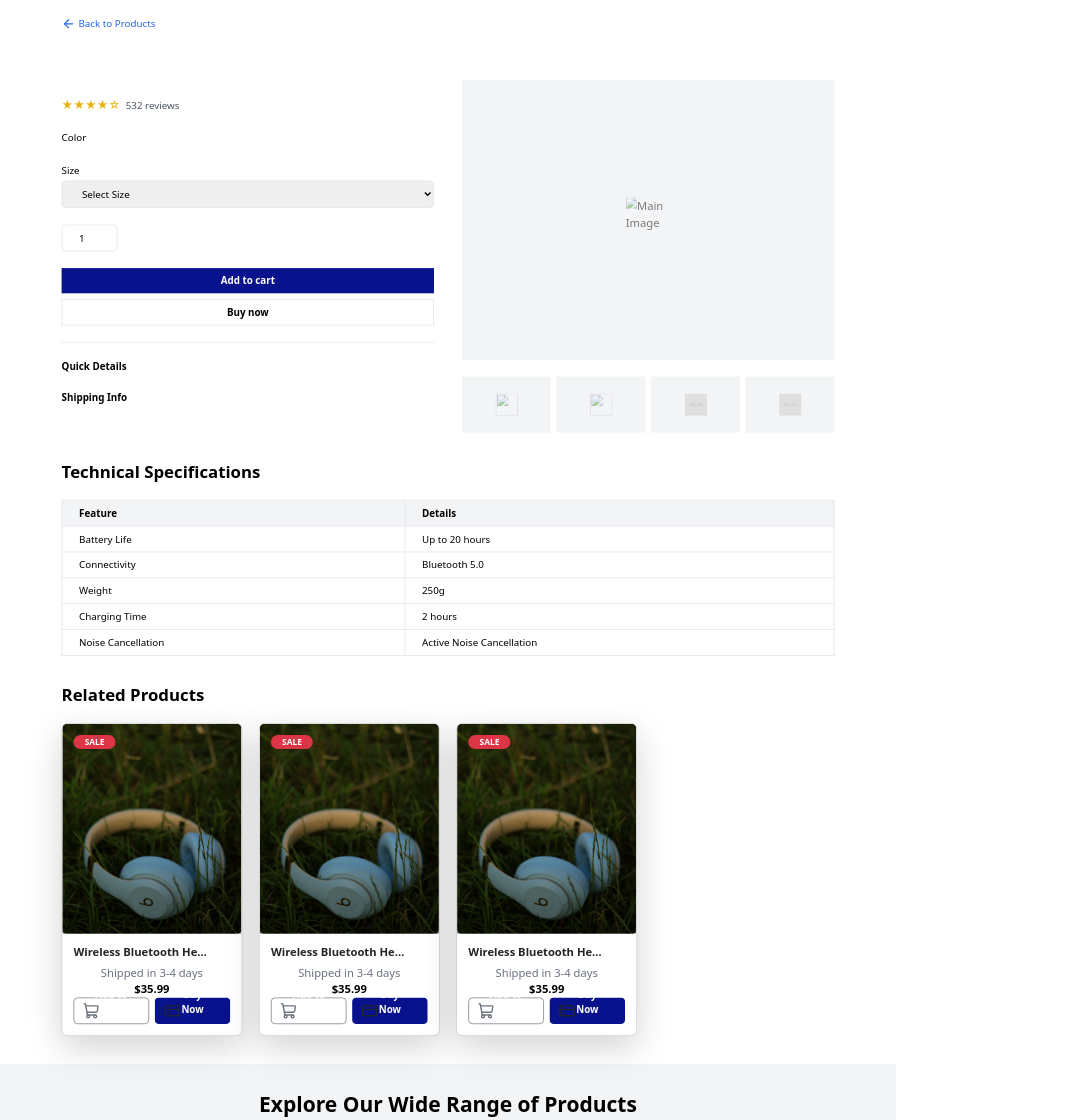
Repository: Davidobi21/macelect
Page: frontend/pages/productpage.html
These files come from the project's save history. The page is drawn as it stood at one moment and after the next save; the edit follows.
The browser window is 1280 px wide. The page is 1557 px wide, so the pictures cover 1557 px, including what lies to the right of the window. The pictures show the part of the page from y = 0 to 1600 px (the page is 2174 px tall before and 2150 px after), at 70% of full size.
The page's requests for data from a server got no answer. Some web libraries are served in a nearby version.

Above is the page before, as saved 2025-04-25 07:43:50.

### frontend/pages/productpage.html
<!DOCTYPE html>
<html lang="en">
<head>
  <meta charset="UTF-8">
  <title>Product Page</title>
  <meta name="viewport" content="width=device-width, initial-scale=1">
  <link rel="stylesheet" href="../css/style.css">
  <!-- Tailwind CSS -->
  <script src="https://cdn.jsdelivr.net/npm/lucide@latest/dist/umd/lucide.min.js"></script>
  <link href="https://cdn.jsdelivr.net/npm/bootstrap@5.3.0-alpha1/dist/css/bootstrap.min.css" rel="stylesheet">
  <script src="https://cdn.tailwindcss.com"></script>
  <!-- jQuery -->
  <script src="https://code.jquery.com/jquery-3.6.4.min.js"></script>
  <script src="../js/pjs.js" defer></script>
</head>
<body class="bg-white text-black">

  <!-- Back Button -->
  <div class="max-w-6xl mx-auto px-4 py-4">
    <a href="./products.html" class="inline-flex items-center text-sm font-medium text-blue-600 hover:underline">
      <i data-lucide="arrow-left" class="h-5 w-5 mr-1"></i>
      Back to Products
    </a>
  </div>

  <div class="max-w-6xl mx-auto px-4 py-10">
    <div class="grid md:grid-cols-2 gap-10">

      <!-- Left Section: Product Info -->
      <div>
        <h1 class="text-3xl font-bold mb-2"></h1>
        <p class="product-category text-sm text-gray-600 mb-4"></p>

        <p class="product-price text-2xl font-semibold mb-2"></p>
        <div class="flex items-center mb-4">
          <div class="text-yellow-500 mr-2">
            ★★★★☆
          </div>
          <p class="text-sm text-gray-600">532 reviews</p>
        </div>

        <!-- Color Options -->
        <div class="mb-4">
          <p class="text-sm font-medium mb-1">Color</p>
          <div class="flex space-x-2 color-options"></div>
        </div>

        <!-- Size Dropdown -->
        <div class="mb-4">
          <p class="text-sm font-medium mb-1">Size</p>
          <select class="w-full border border-gray-300 rounded px-4 py-2 text-sm size-dropdown">
            <option value="">Select Size</option>
          </select>
        </div>

        <!-- Quantity -->
        <div class="mb-4">
          <input type="number" value="1" min="1" class="w-20 border border-gray-300 rounded px-4 py-2 text-sm">
        </div>

        <!-- Buttons -->
        <div class="mb-6">
          <button class="w-full bg-[#09128d] text-white py-2 text-sm font-semibold mb-2 hover:bg-[#55555500] text-[#000000] transition">Add to cart</button>
          <button class="w-full border border-gray-400 py-2 text-sm font-semibold hover:bg-gray-100 transition">Buy now</button>
        </div>

        <!-- Details -->
        <div class="border-t pt-4">
          <h2 class="font-semibold text-sm mb-1">Quick Details</h2>
          <p class="text-sm text-gray-700 mb-4 quick-details"></p>

          <h2 class="font-semibold text-sm mb-1 cursor-pointer">Shipping Info</h2>
          <p class="text-sm text-gray-700 shipping-info"></p>
        </div>
      </div>

      <!-- Right Section: Images -->
      <div>
        <div class="w-full h-[400px] bg-gray-100 flex items-center justify-center mb-4">
          <img src="" class="main-product-image w-16 h-16 opacity-50" alt="Main Image">
        </div>

        <!-- Thumbnails -->
        <div class="grid grid-cols-4 gap-2">
          <div class="h-20 bg-gray-100 flex items-center justify-center">
            <img src="" class="thumbnail w-8 h-8 opacity-50" alt="">
          </div>
          <div class="h-20 bg-gray-100 flex items-center justify-center">
            <img src="" class="thumbnail w-8 h-8 opacity-50" alt="">
          </div>
          <div class="h-20 bg-gray-100 flex items-center justify-center">
            <img src="https://via.placeholder.com/50" class="w-8 h-8 opacity-50" alt="Default Thumbnail">
          </div>
          <div class="h-20 bg-gray-100 flex items-center justify-center">
            <img src="https://via.placeholder.com/50" class="w-8 h-8 opacity-50" alt="Default Thumbnail">
          </div>
        </div>
      </div>
    </div>

    <!-- Technical Specifications Table -->
    <div class="mt-10">
      <h2 class="text-2xl font-bold mb-4">Technical Specifications</h2>
      <table class="w-full border border-gray-300 text-sm">
        <thead>
          <tr class="bg-gray-100">
            <th class="border border-gray-300 px-4 py-2 text-left">Feature</th>
            <th class="border border-gray-300 px-4 py-2 text-left">Details</th>
          </tr>
        </thead>
        <tbody>
          <tr>
            <td class="border border-gray-300 px-4 py-2">Battery Life</td>
            <td class="border border-gray-300 px-4 py-2">Up to 20 hours</td>
          </tr>
          <tr>
            <td class="border border-gray-300 px-4 py-2">Connectivity</td>
            <td class="border border-gray-300 px-4 py-2">Bluetooth 5.0</td>
          </tr>
          <tr>
            <td class="border border-gray-300 px-4 py-2">Weight</td>
            <td class="border border-gray-300 px-4 py-2">250g</td>
          </tr>
          <tr>
            <td class="border border-gray-300 px-4 py-2">Charging Time</td>
            <td class="border border-gray-300 px-4 py-2">2 hours</td>
          </tr>
          <tr>
            <td class="border border-gray-300 px-4 py-2">Noise Cancellation</td>
            <td class="border border-gray-300 px-4 py-2">Active Noise Cancellation</td>
          </tr>
        </tbody>
      </table>
    </div>

    <!-- Related Products Section -->
    <div class="mt-10">
      <h2 class="text-2xl font-bold mb-4">Related Products</h2>
      <div class="grid grid-cols-1 sm:grid-cols-2 md:grid-cols-3 lg:grid-cols-4 gap-6">
        <!-- Product Card -->
        <div class="col">
            <div class="card h-100 shadow-lg rounded-lg overflow-hidden position-relative product-card"
            data-name="Wireless Bluetooth Headset"
            data-category="Headphones"
            data-price="35.99">
              <!-- Product Image Swap -->
              <div class="card-img-container position-relative" style="height: 300px;">
                <!-- Main Image -->
                <img src="../images/anna-keibalo-3vdOy66U8KI-unsplash.jpg" class="card-img-top main-img rounded" alt="Wireless Bluetooth Headset" style="height: 100%; object-fit: cover;">

                <!-- Hover Image -->
                <img src="../images/anna-keibalo-zczFCpKyTNc-unsplash.jpg" class="card-img-top hover-img position-absolute top-0 start-0 rounded" alt="Hover Image" style="height: 100%; width: 100%; object-fit: cover;">

                <!-- Optional Gradient Overlay -->
                <div class="overlay position-absolute top-0 bottom-0 start-0 end-0 bg-gradient-to-t from-black opacity-50"></div>
              </div>

              <div class="card-body text-center">
                <h5 class="card-title font-bold text-truncate" style="max-width: 200px;">Wireless Bluetooth Headset</h5>
                <p class="text-gray-500">Shipped in 3-4 days</p>
                <p class="text-black font-bold">$35.99</p>
                <div class="d-flex justify-content-between">
                  <button class="btn btn-outline-secondary flex-grow-1 me-2 position-relative">
                    <i data-lucide="shopping-cart" class="lucide"></i>
                    <span class="btn-label">Add to Cart</span>
                  </button>
                  <button class="btn bg-[#09128d] flex-grow-1 position-relative">
                    <i data-lucide="credit-card" class="lucide"></i>
                    <span class="btn-label">Buy Now</span>
                  </button>
                </div>
              </div>

              <!-- Sale Badge -->
              <div class="badge position-absolute top-0 start-0 m-3 bg-danger text-white rounded-pill px-3 py-1">SALE</div>
            </div>
          </div>
        <!-- Product Card -->
        <div class="col">
            <div class="card h-100 shadow-lg rounded-lg overflow-hidden position-relative product-card"
            data-name="Wireless Bluetooth Headset"
            data-category="Headphones"
            data-price="35.99">
              <!-- Product Image Swap -->
              <div class="card-img-container position-relative" style="height: 300px;">
                <!-- Main Image -->
                <img src="../images/anna-keibalo-3vdOy66U8KI-unsplash.jpg" class="card-img-top main-img rounded" alt="Wireless Bluetooth Headset" style="height: 100%; object-fit: cover;">

                <!-- Hover Image -->
                <img src="../images/anna-keibalo-zczFCpKyTNc-unsplash.jpg" class="card-img-top hover-img position-absolute top-0 start-0 rounded" alt="Hover Image" style="height: 100%; width: 100%; object-fit: cover;">

                <!-- Optional Gradient Overlay -->
                <div class="overlay position-absolute top-0 bottom-0 start-0 end-0 bg-gradient-to-t from-black opacity-50"></div>
              </div>

              <div class="card-body text-center">
                <h5 class="card-title font-bold text-truncate" style="max-width: 200px;">Wireless Bluetooth Headset</h5>
                <p class="text-gray-500">Shipped in 3-4 days</p>
                <p class="text-black font-bold">$35.99</p>
                <div class="d-flex justify-content-between">
                  <button class="btn btn-outline-secondary flex-grow-1 me-2 position-relative">
                    <i data-lucide="shopping-cart" class="lucide"></i>
                    <span class="btn-label">Add to Cart</span>
                  </button>
                  <button class="btn bg-[#09128d] flex-grow-1 position-relative">
                    <i data-lucide="credit-card" class="lucide"></i>
                    <span class="btn-label">Buy Now</span>
                  </button>
                </div>
              </div>

              <!-- Sale Badge -->
              <div class="badge position-absolute top-0 start-0 m-3 bg-danger text-white rounded-pill px-3 py-1">SALE</div>
            </div>
          </div>
        <!-- Product Card -->
        <div class="col">
            <div class="card h-100 shadow-lg rounded-lg overflow-hidden position-relative product-card"
            data-name="Wireless Bluetooth Headset"
            data-category="Headphones"
            data-price="35.99">
              <!-- Product Image Swap -->
              <div class="card-img-container position-relative" style="height: 300px;">
                <!-- Main Image -->
                <img src="../images/anna-keibalo-3vdOy66U8KI-unsplash.jpg" class="card-img-top main-img rounded" alt="Wireless Bluetooth Headset" style="height: 100%; object-fit: cover;">

                <!-- Hover Image -->
                <img src="../images/anna-keibalo-zczFCpKyTNc-unsplash.jpg" class="card-img-top hover-img position-absolute top-0 start-0 rounded" alt="Hover Image" style="height: 100%; width: 100%; object-fit: cover;">

                <!-- Optional Gradient Overlay -->
                <div class="overlay position-absolute top-0 bottom-0 start-0 end-0 bg-gradient-to-t from-black opacity-50"></div>
              </div>

              <div class="card-body text-center">
                <h5 class="card-title font-bold text-truncate" style="max-width: 200px;">Wireless Bluetooth Headset</h5>
                <p class="text-gray-500">Shipped in 3-4 days</p>
                <p class="text-black font-bold">$35.99</p>
                <div class="d-flex justify-content-between">
                  <button class="btn btn-outline-secondary flex-grow-1 me-2 position-relative">
                    <i data-lucide="shopping-cart" class="lucide"></i>
                    <span class="btn-label">Add to Cart</span>
                  </button>
                  <button class="btn bg-[#09128d] flex-grow-1 position-relative">
                    <i data-lucide="credit-card" class="lucide"></i>
                    <span class="btn-label">Buy Now</span>
                  </button>
                </div>
              </div>

              <!-- Sale Badge -->
              <div class="badge position-absolute top-0 start-0 m-3 bg-danger text-white rounded-pill px-3 py-1">SALE</div>
            </div>
          </div>
        </div>
      </div>
    </div>
  </div>
  <footer>
    <section class="py-10 bg-gray-100">
        <div class="container mx-auto text-center">
          <h2 class="text-3xl font-bold mb-4">Explore Our Wide Range of Products</h2>
          <!-- <a href="#" class="btn btn-dark px-4 py-2 rounded-lg">Shop Now →</a> -->
          <div class="grid grid-cols-4 gap-4 mt-10 text-left">
            <!-- Column 1 -->
            <div>
              <h3 class="font-bold text-lg">Discover Top Electronics</h3>
              <p class="text-gray-500 mt-2">davedev©  Copyright - 2025</p>
            </div>
            <!-- Column 2 -->
            <div>
              <h3 class="font-bold text-lg">Quick Links</h3>
              <ul class="mt-2 space-y-1">
                <li><a href="#" class="text-gray-700 hover:underline">Smartphones</a></li>
                <li><a href="#" class="text-gray-700 hover:underline">Laptops</a></li>
                <li><a href="#" class="text-gray-700 hover:underline">TV</a></li>
                <li><a href="#" class="text-gray-700 hover:underline">Accessories</a></li>
              </ul>
            </div>
            <!-- Column 3 -->
            <div>
              <h3 class="font-bold text-lg">Follow Us</h3>
              <ul class="mt-2 space-y-1">
                <li><a href="#" class="text-gray-700 hover:underline">Facebook</a></li>
                <li><a href="#" class="text-gray-700 hover:underline">Twitter</a></li>
                <li><a href="#" class="text-gray-700 hover:underline">Instagram</a></li>
              </ul>
            </div>
            <!-- Column 4 -->
            <div>
              <h3 class="font-bold text-lg">Customer Service</h3>
              <ul class="mt-2 space-y-1">
                <li><a href="#" class="text-gray-700 hover:underline">Contact Us</a></li>
                <li><a href="#" class="text-gray-700 hover:underline">FAQ</a></li>
              </ul>
            </div>
          </div>
          <h1 class=" text-[#09128d] text-[60px] sm:text-[100px] md:text-[180px] lg:text-[250px] xl:text-[300px] font-bold mt-10 text-center leading-none">
            MACELECT
          </h1>

        </div>
      </section>
  </footer>
  <script src="https://cdn.jsdelivr.net/npm/bootstrap@5.3.0-alpha1/dist/js/bootstrap.bundle.min.js"></script>
  <script>
    document.addEventListener("DOMContentLoaded", async () => {
        const urlParams = new URLSearchParams(window.location.search);
        const productId = urlParams.get("id");

        if (!productId) {
            console.error("Product ID not found in the URL.");
            return;
        }

        try {
            const response = await fetch(`http://localhost:5000/api/products/${productId}`);
            const product = await response.json();

            // Fallback for missing images
            const mainImage = product.images?.[0] ? `http://localhost:5000${product.images[0]}` : "../images/default-main.jpg";
            const hoverImage = product.images?.[1] ? `http://localhost:5000${product.images[1]}` : mainImage;
            document.querySelector(".main-product-image").src = mainImage;
            document.querySelector("h1").textContent = product.name;
            document.querySelector(".product-category").textContent = product.category;
            document.querySelector(".product-price").textContent = `$${product.price}`;
            const thumbnails = document.querySelectorAll(".thumbnail");
            thumbnails[0].src = mainImage;
            if (thumbnails[1]) {
                thumbnails[1].src = hoverImage;
            }

            // Update color options
            const colorContainer = document.querySelector(".color-options");
            colorContainer.innerHTML = product.colors.map(color => `
                <button class="px-4 py-2 border border-gray-300 text-sm" style="background-color: ${color};">${color}</button>
            `).join("");

            // Update size options
            const sizeDropdown = document.querySelector(".size-dropdown");
            sizeDropdown.innerHTML = product.sizes.map(size => `
                <option value="${size}">${size}</option>
            `).join("");

            // Update quick details
            const quickDetails = document.querySelector(".quick-details");
            quickDetails.textContent = product.quickDetails;

            // Update shipping info
            const shippingInfo = document.querySelector(".shipping-info");
            shippingInfo.textContent = product.shippingInfo || "N/A";

        } catch (err) {
            console.error("Error fetching product details:", err);
            if (document.querySelector(".main-content")) {
                document.querySelector(".main-content").innerHTML = '<p class="text-danger">Failed to load product details. Please try again later.</p>';
            }
        }
    });
  </script>
</body>
</html>

Loaded but not shown: frontend/js/pjs.js (219 lines, source omitted); frontend/css/style.css (305 lines, source omitted)

After the next save:
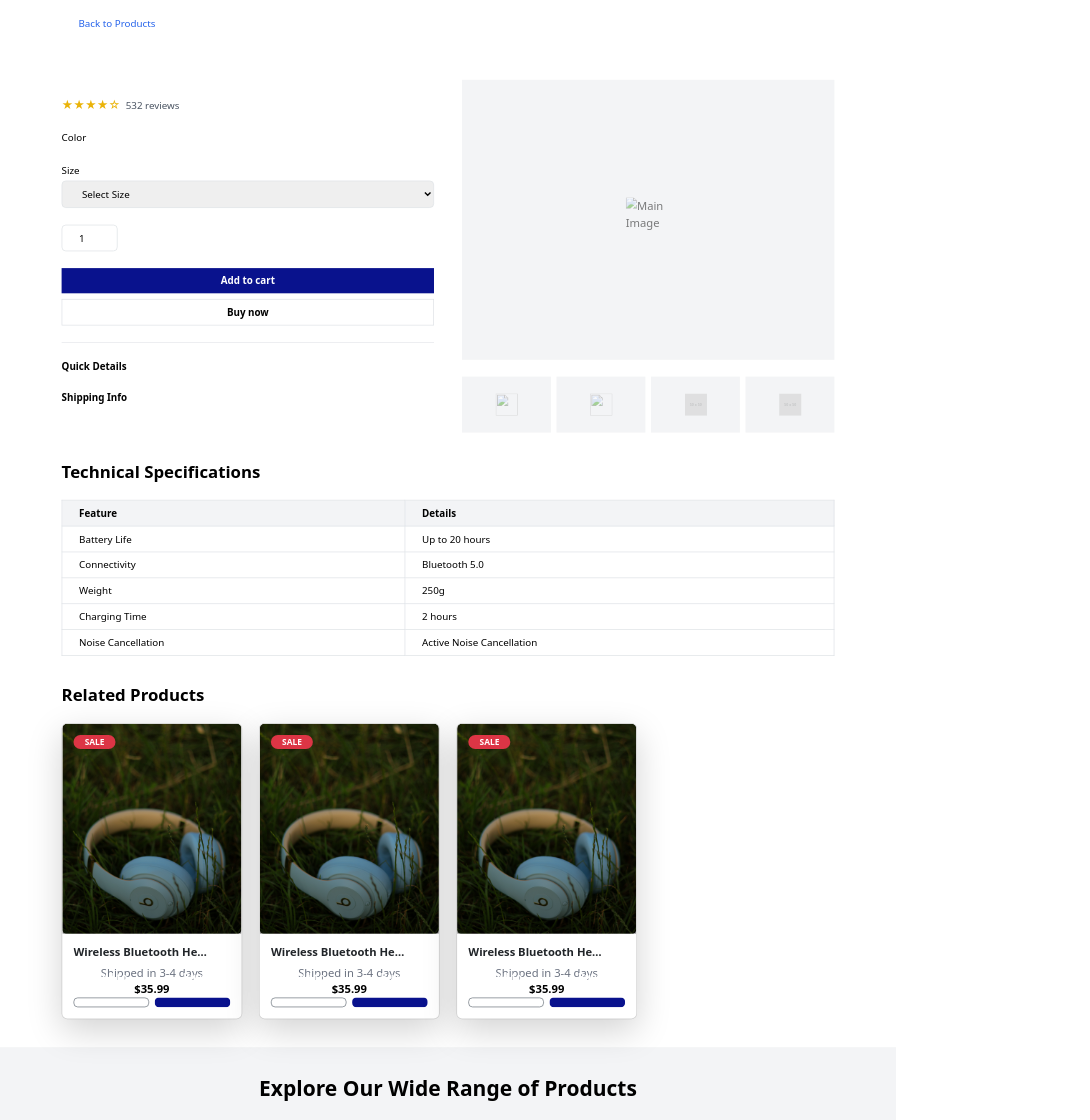
Saved 4 min 3 s later.
--- a/frontend/pages/productpage.html
+++ b/frontend/pages/productpage.html
@@ -11,7 +11,7 @@
   <script src="https://cdn.tailwindcss.com"></script>
   <!-- jQuery -->
   <script src="https://code.jquery.com/jquery-3.6.4.min.js"></script>
-  <script src="../js/pjs.js" defer></script>
+  <!-- <script src="../js/pjs.js" defer></script> -->
 </head>
 <body class="bg-white text-black">
 

After the save that followed:
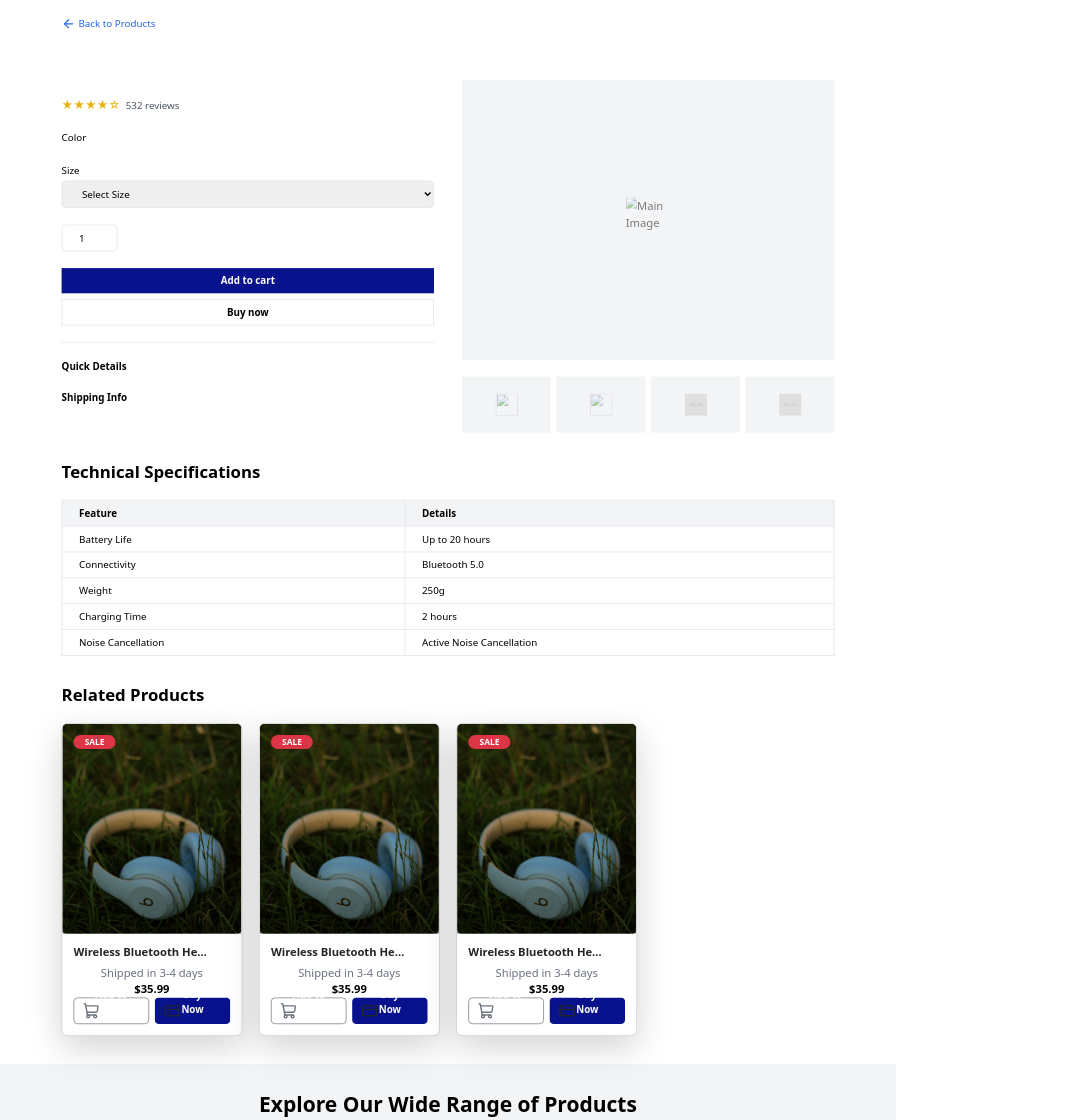
Saved 91 s later.
--- a/frontend/pages/productpage.html
+++ b/frontend/pages/productpage.html
@@ -11,7 +11,7 @@
   <script src="https://cdn.tailwindcss.com"></script>
   <!-- jQuery -->
   <script src="https://code.jquery.com/jquery-3.6.4.min.js"></script>
-  <!-- <script src="../js/pjs.js" defer></script> -->
+  <script src="../js/pjs.js" defer></script>
 </head>
 <body class="bg-white text-black">
 
